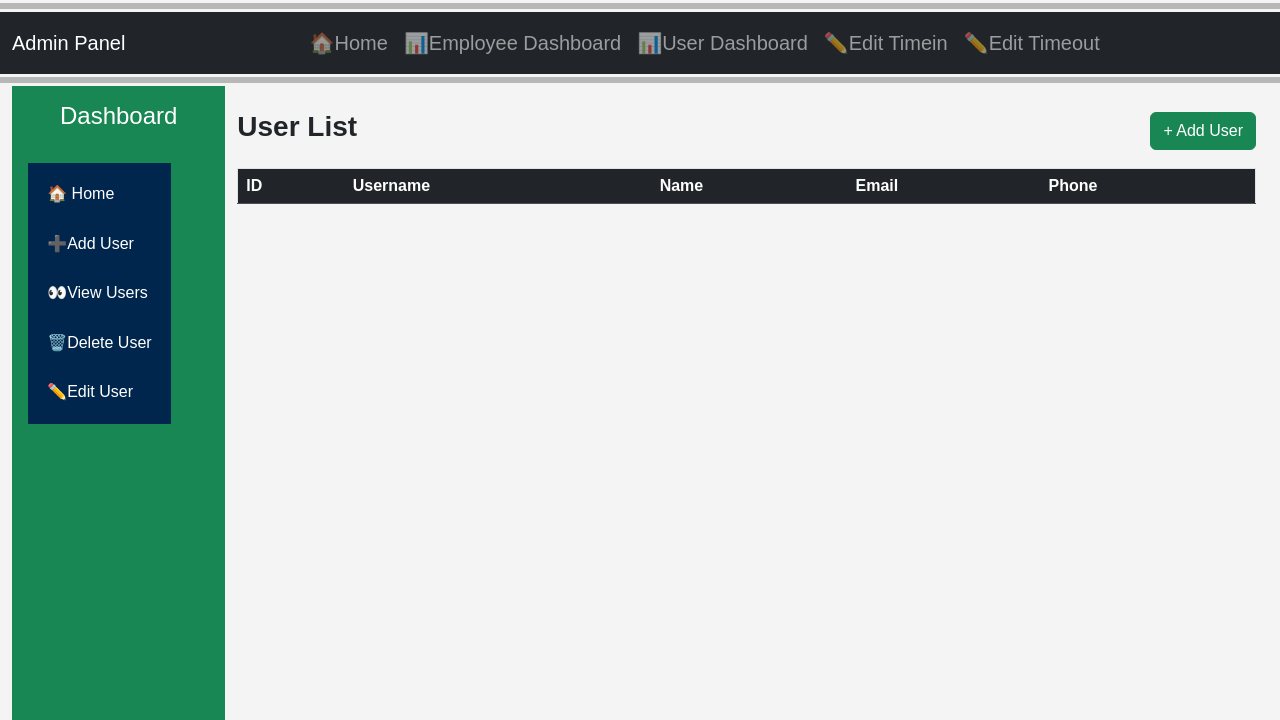
Repository: tecresearch/fullstack-training
Page: http://localhost/admin/dashboard/user/user-dashboard
These files come from the project's save history. The page is drawn as it stood at one moment and after the next save; the edit follows.
The browser window is 1280 px wide. The pictures show the whole page.
The page is this project's Thymeleaf template; nobody is signed in. The template is opened directly, without the code that normally fills it, so the values that code supplies are empty.

Above is the page before, as saved 2025-03-16 15:44:47.

After the next save:
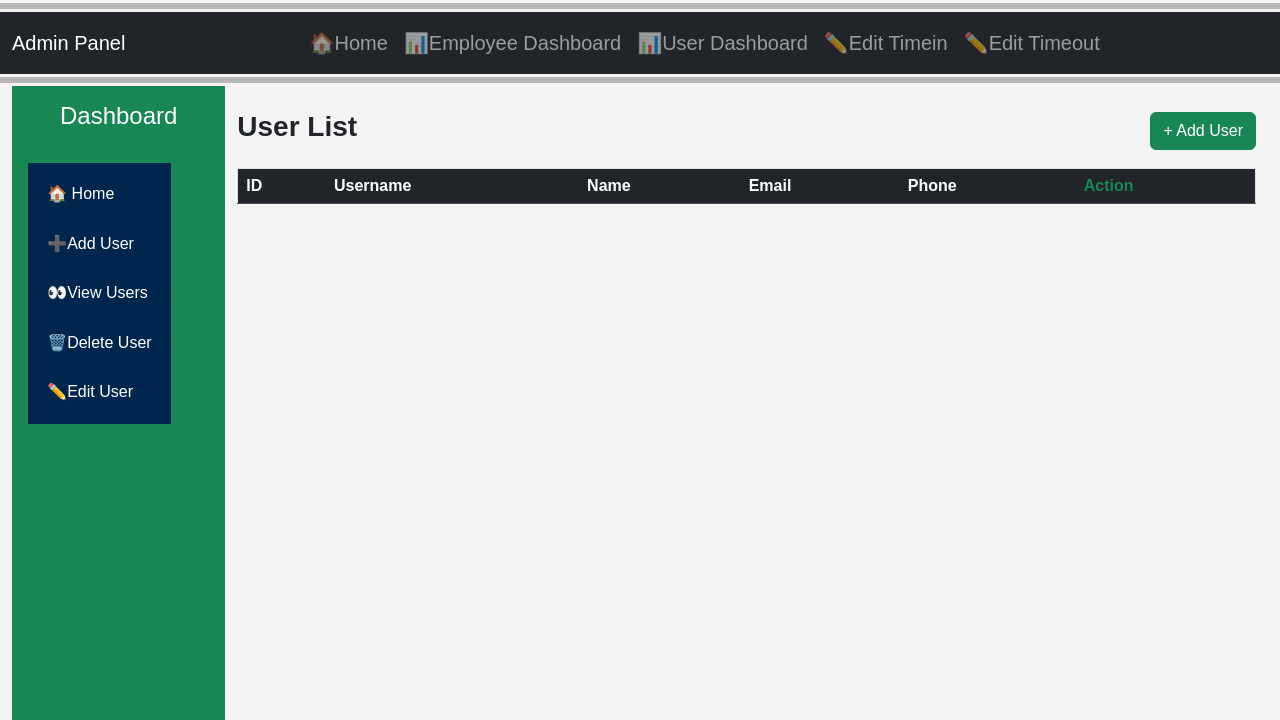
Saved 43 s later.
--- a/a4-spring-boot/employee-time-tracker/src/main/resources/templates/admin/dashboard/user/user-dashboard.html
+++ b/a4-spring-boot/employee-time-tracker/src/main/resources/templates/admin/dashboard/user/user-dashboard.html
@@ -28,6 +28,7 @@
 								<th>Name</th>
 	                            <th>Email</th>
 								<th>Phone</th>
+								<th class="text-success">Action</th>
 	                        </tr>
 	                    </thead>
 	                    <tbody>
